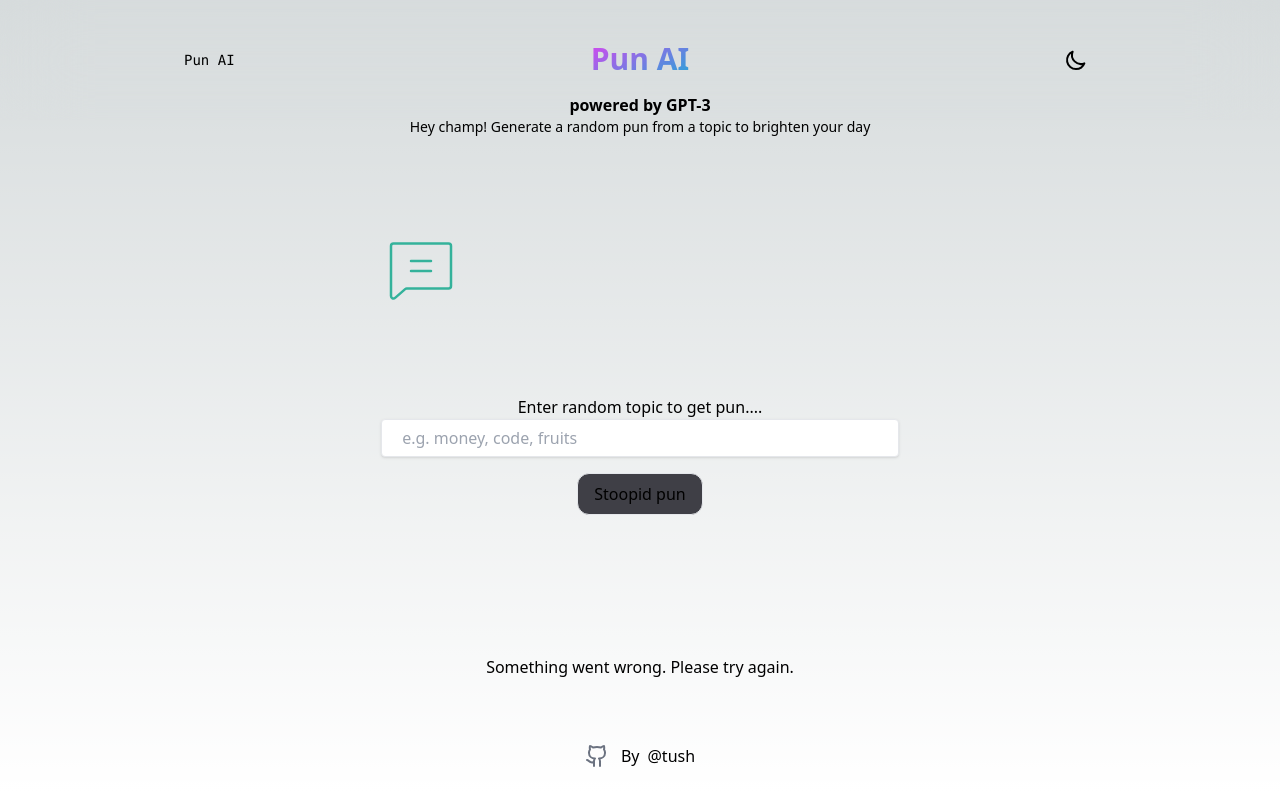
Repository: tushcmd/next-puns-ai
Page: /
An editor plug-in stored every save of this project. The page is shown before and after the next save, followed by the edit.
The browser window is 1280 px wide. The pictures show the whole page.
The project was rebuilt for these pictures with package versions that can differ from the ones it lists, and the page was loaded fresh each time. The framework's server and built-in components were replaced by stand-ins that run in the browser. Also part of the build but not shown: next.config.mjs, app/components/Spinner.tsx.

Above is the page before, as saved 2024-03-10 03:35:40.

### app/layout.tsx
import type { Metadata } from "next";
import { Inter } from "next/font/google";
import "./globals.css";
import { Providers } from './components/providers'

const inter = Inter({ subsets: ["latin"] });

export const metadata: Metadata = {
  title: "Create Next App",
  description: "Generated by create next app",
};

export default function RootLayout({
  children,
}: Readonly<{
  children: React.ReactNode;
}>) {
  return (
    <html lang="en">
      <body className={`bg-background text-color {inter.className} w-full overflow-y-visible overflow-x-hidden`}>
        <Providers>
          {children}
        </Providers>

      </body>
    </html>
  );
}

### app/page.tsx
import Footer from "./components/footer";
import Header from "./components/header";
import Hero from "./components/hero";



export default function Home() {

  return (
    <main className="flex min-h-screen flex-col items-center">
      <Header />
      <Hero />
      <Footer />
    </main>
  );
}



 {/* async function handleSubmit(e: FormEvent:<HTMLFormElement>) {
    return ;
  }    */}

{/*Nav*/}
{/*
      <div className="z-10 max-w-5xl w-full items-center justify-between font-mono text-sm lg:flex">
        <p className="fixed left-0 top-0 flex w-full justify-center border-b border-gray-300 bg-gradient-to-b from-zinc-200 py-2 backdrop-blur-2xl dark:border-neutral-800 dark:bg-zinc-800/30 dark:from-inherit lg:static lg:w-auto  lg:rounded-xl lg:border lg:bg-gray-200 lg:p-0 lg:dark:bg-zinc-800/30">
          Pun AI
        </p>

        <div className="fixed bottom-0 left-0 flex h-48 w-full items-end justify-center bg-gradient-to-t from-white via-white dark:from-black dark:via-black lg:static lg:h-auto lg:w-auto lg:bg-none">
          {/*<div>
            Dak
       </div>
          <a
            className="pointer-events-none flex place-items-center gap-2 p-8 lg:pointer-events-auto lg:p-0"
            href="https://tushdev.co/"
            target="_blank"
            rel="noopener noreferrer"
          >
            By{" "}
            <p>@tush</p>
          </a>
        </div>
      </div>

      <div className="relative flex flex-col place-items-center before:absolute before:h-[300px] before:w-full sm:before:w-[480px] before:-translate-x-1/2 before:rounded-full before:bg-gradient-radial before:from-white before:to-transparent before:blur-2xl before:content-[''] after:absolute after:-z-20 after:h-[180px] after:w-full sm:after:w-[240px] after:translate-x-1/3 after:bg-gradient-conic after:from-sky-200 after:via-blue-200 after:blur-2xl after:content-[''] before:dark:bg-gradient-to-br before:dark:from-transparent before:dark:to-blue-700 before:dark:opacity-10 after:dark:from-sky-900 after:dark:via-[#0141ff] after:dark:opacity-40 before:lg:h-[360px] z-[-1]">
        <p className="p-4 lg:pb-8 text-xl">
          Generate a random pun from a topic to brighten your day <br /> with Pun AI
        </p>
        <svg
          xmlns="http://www.w3.org/2000/svg"
          width="156"
          height="156"
          viewBox="0 0 24 24"
          fill="none"
          stroke="#FFFFFF"
          stroke-width="2"
          stroke-linecap="round"
          stroke-linejoin="round"
          className="lucide lucide-smile"><circle cx="12" cy="12" r="10" /><path d="M8 14s1.5 2 4 2 4-2 4-2" /><line x1="9" x2="9.01" y1="9" y2="9" /><line x1="15" x2="15.01" y1="9" y2="9"
          />
        </svg>
      </div>

      <form className="flex flex-col justify-between mb-32 text-center lg:max-w-3xl lg:w-full lg:mb-0 lg:grid-cols-4">
        <div className='w-full mb-4'>
          <label className="block items-center justify-center mb-4" htmlFor="prompt-input">
            Enter random topic to get pun...
          </label>
          <input
            className="shadow appearance-none border rounded w-full py-2 px-3 text-gray-700 leading-tight focus:outline-none focus:shadow-outline"
            id="prompt-input"
            type="text"
            placeholder="e.g. money, code, fruits">
          </input>
        </div>
        <button
          type="submit"
          className="bg-blue-500 hover:bg-blue-700 text-white font-bold py-2 px-4 rounded focus:outline-none focus:shadow-outline"
        >
          Generate Pun
        </button>
      </form> */}

### app/globals.css
@tailwind base;
@tailwind components;
@tailwind utilities;


@layer base {
  :root {
    --foreground-rgb: 0, 0, 0;
    --background-start-rgb: 214, 219, 220;
    --background-end-rgb: 255, 255, 255;
  }

  [data-theme="dark"] {
    --foreground-rgb: 255, 255, 255;
    --background-start-rgb: 0, 0, 0;
    --background-end-rgb: 0, 0, 0;
  }


}


* {
  scroll-behavior: smooth;
}


body {
  color: rgb(var(--foreground-rgb));
  background: linear-gradient(
      to bottom,
      transparent,
      rgb(var(--background-end-rgb))
    )
    rgb(var(--background-start-rgb));
}

@layer utilities {
  .text-balance {
    text-wrap: balance;
  }
}

### app/components/providers.tsx
// app/providers.jsx

'use client'

import { ThemeProvider } from 'next-themes'
import React from 'react'

interface ProvidersProps {
  children: React.ReactNode;
}

export function Providers({ children }: ProvidersProps) {
  return <ThemeProvider>{children}</ThemeProvider>
}

### app/components/footer.tsx
import Link from "next/link";


export default function Footer() {
    return (
        <div className="inline-flex p-6 max-w-3xl gap-3 items-center text-center">
            <div>
                <Link
                    href="https://github.com/tushcmd/next-puns-ai"
                    target="_blank"
                    rel="noreferrer"
                    className="text-gray-500 hover:text-gray-900 dark:text-gray-400 dark:hover:text-gray-200"
                >
                    <svg xmlns="http://www.w3.org/2000/svg" width="24" height="24" viewBox="0 0 24 24" fill="none" stroke="currentColor" stroke-width="2" stroke-linecap="round" stroke-linejoin="round" className="lucide lucide-github"><path d="M15 22v-4a4.8 4.8 0 0 0-1-3.5c3 0 6-2 6-5.5.08-1.25-.27-2.48-1-3.5.28-1.15.28-2.35 0-3.5 0 0-1 0-3 1.5-2.64-.5-5.36-.5-8 0C6 2 5 2 5 2c-.3 1.15-.3 2.35 0 3.5A5.403 5.403 0 0 0 4 9c0 3.5 3 5.5 6 5.5-.39.49-.68 1.05-.85 1.65-.17.6-.22 1.23-.15 1.85v4" /><path d="M9 18c-4.51 2-5-2-7-2" /></svg>
                </Link>
            </div>
            <Link
                className="pointer-events-none flex place-items-center gap-2 px-8 lg:pointer-events-auto lg:p-0"
                href="https://tushdev.co/"
                target="_blank"
                rel="noopener noreferrer"
            >
                By{" "}
                <p>@tush</p>
            </Link>

        </div>
    )
}

### app/components/header.tsx
import Link from "next/link";
import ThemeSwitchButton from "./ThemeSwitchButton";

export default function Header() {
    return (
        <header className="fixed flex justify-center items-center w-full t-0 md:pb-4 md:pt-4 backdrop-blur-2xl">
            <div className="flex flex-row items-center w-full p-6 md:max-w-5xl justify-between font-mono text-sm">
                <Link
                    className="px-2 md:px-8"
                    href='/'
                >
                    Pun AI
                </Link>

                <div className="px-2 md:px-8">
                    <ThemeSwitchButton />
                </div>
            </div>
        </header>


    );
}

### app/components/hero.tsx
'use client'

import { useState, FormEvent } from "react";
import Spinner from "./Spinner";

export default function Hero() {
    const [prompt, setPrompt] = useState(""); // Declare the prompt variable

    const [pun, setPun] = useState("");
    const [punLoading, setPunLoading] = useState(false);
    const [punLoadingError, setPunLoadingError] = useState(true);

    async function handleSubmit(e: FormEvent<HTMLFormElement>) {
        e.preventDefault();
        const formData = new FormData(e.target as HTMLFormElement);
        const prompt = formData.get("prompt")?.toString().trim();

        if (prompt) {
            try {
                setPun("");
                setPunLoadingError(false);
                setPunLoading(true);

                const response = await fetch(
                    "/api/pun?prompt`=" + encodeURIComponent(prompt)
                );

                const body = await response.json();
                setPun(pun);
            } catch (error) {
                console.error(error);
                setPunLoadingError(true);
            } finally {
                setPunLoading(false);
            }
        }
    }

    return (
        <div className="flex flex-col relative justify-center items-center h-screen md:py-10 py-6 overflow-wrap max-w-3xl px-5">
            <p className="text-3xl font-bold pb-4 bg-gradient-to-br from-fuchsia-500 to-cyan-500 bg-clip-text text-transparent">
                Pun AI
            </p>
            <p className="text-base font-bold">powered by GPT-3</p>
            <div className="text-sm">
                Hey champ! Generate a random pun from a topic to brighten your day
            </div>
            <div className="mx-[2rem] relative w-full flex items-center aspect-[10/5]">
                <svg
                    xmlns="http://www.w3.org/2000/svg"
                    width="80"
                    height="80"
                    fill="#34b29b"
                    viewBox="0 0 256 256"
                >
                    <path d="M216,52H40A12,12,0,0,0,28,64V224a11.89,11.89,0,0,0,6.93,10.88A12.17,12.17,0,0,0,40,236a11.89,11.89,0,0,0,7.69-2.83l.06-.06,32.14-28.17A4,4,0,0,1,82.5,204H216a12,12,0,0,0,12-12V64A12,12,0,0,0,216,52Zm4,140a4,4,0,0,1-4,4H82.5a12.1,12.1,0,0,0-7.79,2.87l-32.16,28.2A4,4,0,0,1,36,224V64a4,4,0,0,1,4-4H216a4,4,0,0,1,4,4Zm-56-80a4,4,0,0,1-4,4H96a4,4,0,0,1,0-8h64A4,4,0,0,1,164,112Zm0,32a4,4,0,0,1-4,4H96a4,4,0,0,1,0-8h64A4,4,0,0,1,164,144Z"></path>
                </svg>
            </div>
            <form onSubmit={handleSubmit} className="flex flex-col mb-32 text-center items-center">
                <div className="mb-4">
                    <label className="pb-8">Enter random topic to get pun....</label>
                    <input
                        value={prompt}
                        onChange={(e) => setPrompt(e.target.value)} // Update the prompt value
                        className="shadow appearance-none border rounded w-full py-2 px-5 bg-white text-black dark:text-white leading-tight focus:outline-none focus:shadow-outline"
                        id="prompt-input"
                        type="text"
                        placeholder="e.g. money, code, fruits"
                    ></input>
                </div>
                <button
                    type="submit"
                    className="mb-3 border static rounded-xl bg-zinc-700 py-2 px-4 hover:bg-zinc-400 dark:bg-white"
                    disabled={punLoading}
                >
                    Stoopid pun
                </button>
            </form>

            {punLoading && <Spinner />}
            {punLoadingError && "Something went wrong. Please try again."}
            {pun && <h5>{pun}</h5>}
        </div>
    );
}

### app/components/ThemeSwitchButton.tsx
'use client'

import { useEffect, useState } from 'react';
import { useTheme } from 'next-themes';

export default function ThemeSwitchButton() {
    const [mounted, setMounted] = useState(false);
    const { resolvedTheme, setTheme } = useTheme();
    // After mounting, we have access to the theme
    useEffect(() => setMounted(true), []);

    return (

        <button
            aria-label="Toggle Dark Mode"
            type="button"
            className="w-10 h-10 flex items-center justify-center hover:bg-neutral-200 hover:dark:bg-neutral-600 rounded-full transition-all"
            onClick={() =>
                setTheme(resolvedTheme === "dark" ? "light" : "dark")
            }
        >
            {mounted && (
                <svg xmlns="http://www.w3.org/2000/svg"
                    fill="none"
                    viewBox="0 0 24 24"
                    strokeWidth="1.5"
                    stroke="currentColor"
                    className="w-6 h-6 switch">

                    {resolvedTheme === "dark" ? (
                        <path
                            strokeLinecap="round"
                            strokeLinejoin="round"
                            strokeWidth={2}
                            d="M12 3v1m0 16v1m9-9h-1M4 12H3m15.364 6.364l-.707-.707M6.343 6.343l-.707-.707m12.728 0l-.707.707M6.343 17.657l-.707.707M16 12a4 4 0 11-8 0 4 4 0 018 0z"
                        />

                    ) : (
                        <path
                            strokeLinecap="round"
                            strokeLinejoin="round"
                            strokeWidth={2}
                            d="M20.354 15.354A9 9 0 018.646 3.646 9.003 9.003 0 0012 21a9.003 9.003 0 008.354-5.646z"
                        />

                    )}
                </svg>
            )
            }
        </button >

    )
}

### tailwind.config.ts
import type { Config } from "tailwindcss";

const config: Config = {
  darkMode: "class",
  content: [
    "./pages/**/*.{js,ts,jsx,tsx,mdx}",
    "./components/**/*.{js,ts,jsx,tsx,mdx}",
    "./app/**/*.{js,ts,jsx,tsx,mdx}",
  ],
  theme: {
    extend: {
      backgroundImage: {
        "gradient-radial": "radial-gradient(var(--tw-gradient-stops))",
        "gradient-conic":
          "conic-gradient(from 180deg at 50% 50%, var(--tw-gradient-stops))",
      },

      screens: {
        sm: '480px',
        md: '768px',
        lg: '976px',
        xl: '1440px',
      },
    },
  },
  plugins: [],
};
export default config;

After the next save:
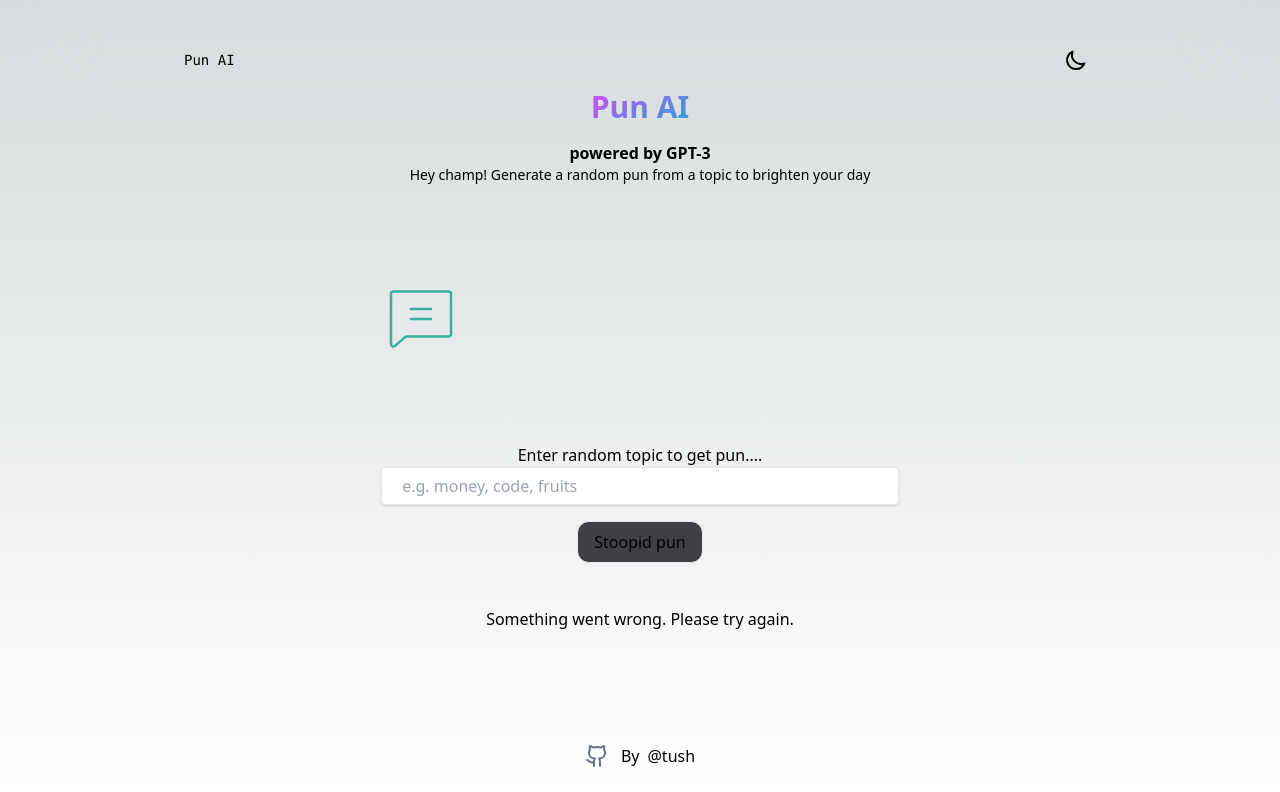
Saved 43 s later.
--- a/app/components/hero.tsx
+++ b/app/components/hero.tsx
@@ -56,7 +56,7 @@
                     <path d="M216,52H40A12,12,0,0,0,28,64V224a11.89,11.89,0,0,0,6.93,10.88A12.17,12.17,0,0,0,40,236a11.89,11.89,0,0,0,7.69-2.83l.06-.06,32.14-28.17A4,4,0,0,1,82.5,204H216a12,12,0,0,0,12-12V64A12,12,0,0,0,216,52Zm4,140a4,4,0,0,1-4,4H82.5a12.1,12.1,0,0,0-7.79,2.87l-32.16,28.2A4,4,0,0,1,36,224V64a4,4,0,0,1,4-4H216a4,4,0,0,1,4,4Zm-56-80a4,4,0,0,1-4,4H96a4,4,0,0,1,0-8h64A4,4,0,0,1,164,112Zm0,32a4,4,0,0,1-4,4H96a4,4,0,0,1,0-8h64A4,4,0,0,1,164,144Z"></path>
                 </svg>
             </div>
-            <form onSubmit={handleSubmit} className="flex flex-col mb-32 text-center items-center">
+            <form onSubmit={handleSubmit} className="flex flex-col mb-8 text-center items-center">
                 <div className="mb-4">
                     <label className="pb-8">Enter random topic to get pun....</label>
                     <input
